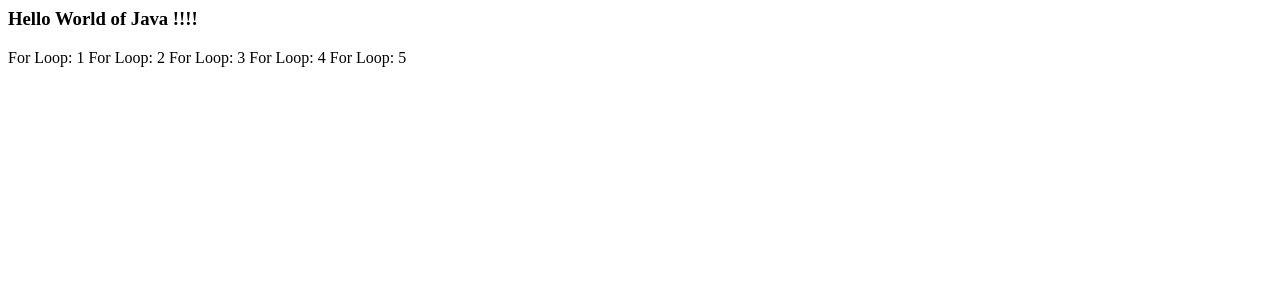
Repository: Aniket2311/Spring-Core-Spring-Boot-And-Hibernet
Page: http://localhost/jspdemo/scriptlet-test.jsp
These files come from the project's save history. The page is drawn as it stood at one moment and after the next save; the edit follows.
The browser window is 1280 px wide. The pictures show the whole page.
The page is served by Tomcat 9. Other server files are loaded and not shown.

Above is the page before, as saved 2019-04-08 10:19:54.

### jspdemo/WebContent/scriptlet-test.jsp
<html>

<body>

<h3>Hello World of Java !!!!</h3>

<%
	int i;
	for(i = 1; i<=5; i++){
		out.println("For Loop: " + i);
	}
%>

</body>

</html>

After the next save:
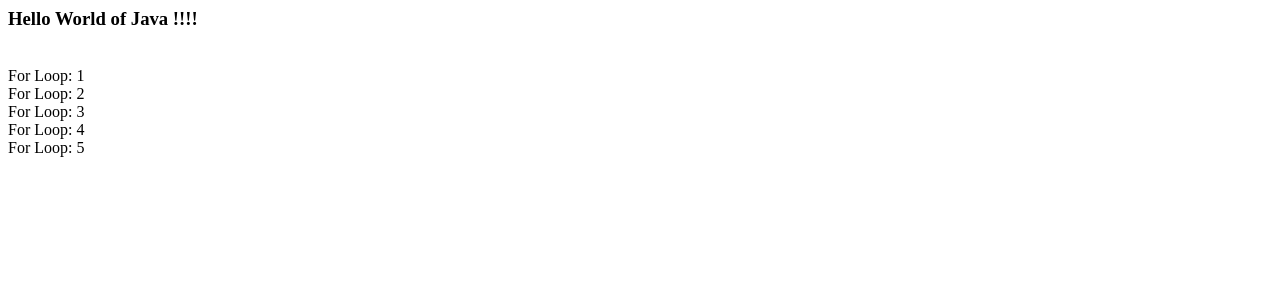
Saved 54 s later.
--- a/jspdemo/WebContent/scriptlet-test.jsp
+++ b/jspdemo/WebContent/scriptlet-test.jsp
@@ -7,7 +7,7 @@
 <%
 	int i;
 	for(i = 1; i<=5; i++){
-		out.println("For Loop: " + i);
+		out.println("<br/> For Loop: " + i);
 	}
 %>
 
